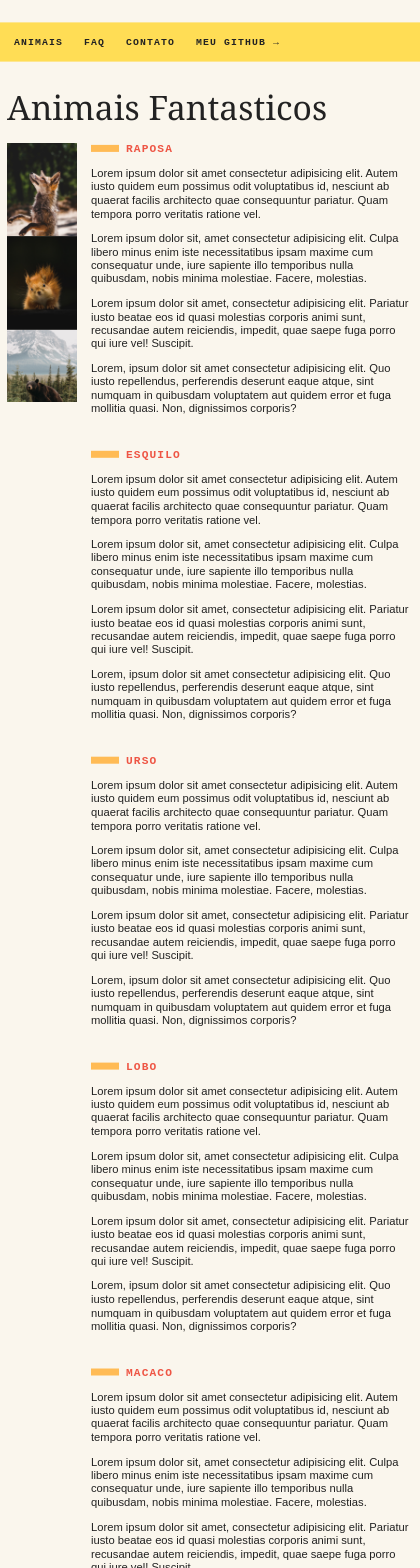
Repository: meiotera/animaisPagina
Page: index.html
The author's editor kept a copy of each file at every save. The page is drawn from the files as they stood at one save, then again after the next save.
The browser window is 600 px wide. The pictures show the part of the page from y = 0 to 2240 px (the page is 4768 px tall before and 4736 px after), at 70% of full size.

Above is the page before, as saved 2025-05-03 07:23:15.

After the next save:
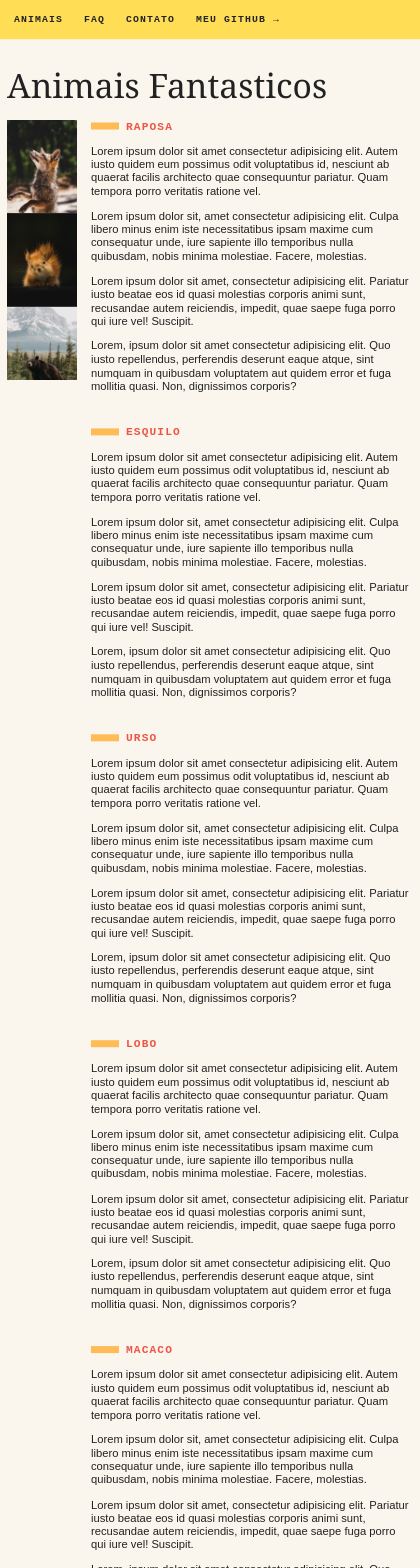
Saved 23 s later.
--- a/css/style.css
+++ b/css/style.css
@@ -219,4 +219,8 @@
   .grid-section .titulo {
     font-size: 3rem;
   }
-}
+
+  .menu {
+    margin-top: 0;
+  }
+}
